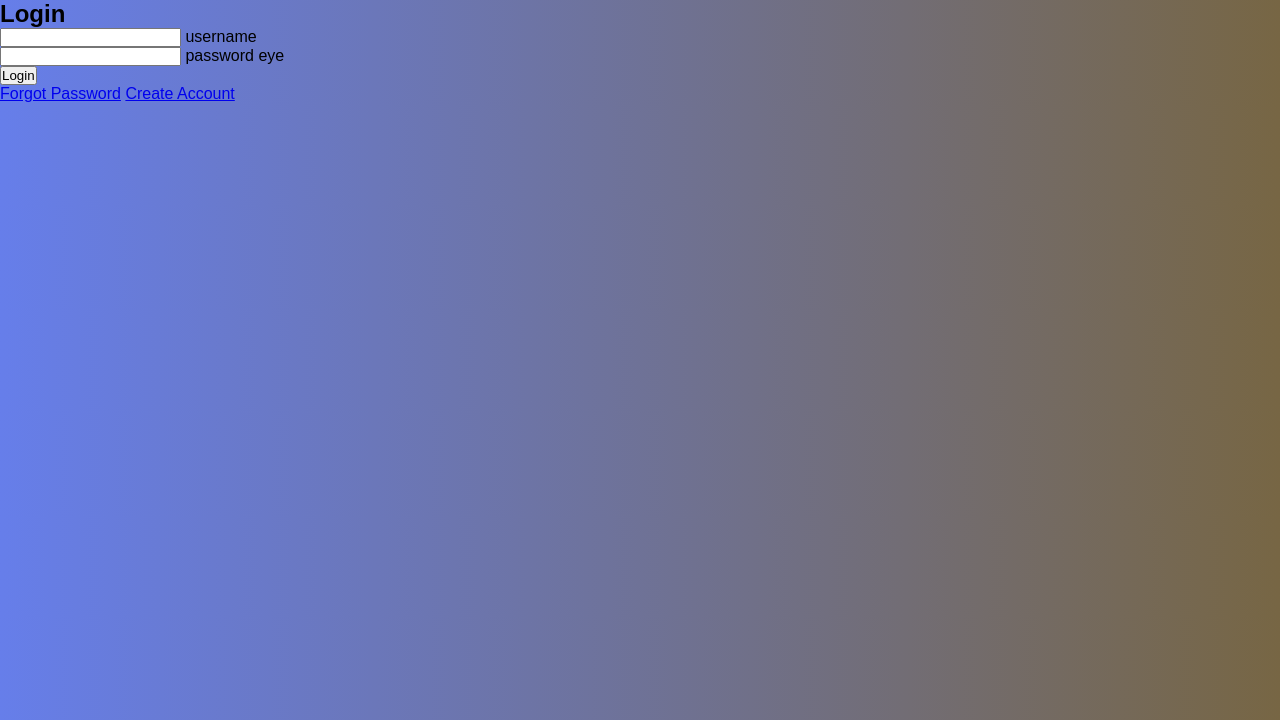
Repository: wingming07/Agro_mart
Page: login/login.html
The author's editor kept a copy of each file at every save. The page is drawn from the files as they stood at one save, then again after the next save.
The browser window is 1280 px wide. The pictures show the whole page.

Above is the page before, as saved 2025-06-10 17:02:16.

### login/login.html
<!DOCTYPE html>
<html lang="en">
<head>
    <meta charset="UTF-8">
    <meta name="viewport" content="width=device-width, initial-scale=1.0">
    <title>AgroMart-login</title>
    <link rel="stylesheet" href="style.css">
</head>
<body>
    <div class="login-container">
        <form class="login-form" onsubmit="return validateLogin()">
            <h2>Login</h2>
                <div class="input-group">
                    <input type="text" id="username" required>
                    <label for="username">username</label>
                </div>
                <div class="input-group">
                    <input type="password" id="password" required>
                    <label for="password">password</label>
                <span class="toggle-password" onclick="togglepassword()">eye</span>
                </div>
                <button type="submit">Login</button>
                <div class+="extra-options">
                    <a href="#">Forgot Password</a>
                        <a href="#">Create Account</a>
                </div>
        </form>
    </div>
    <script src="script.js"></script>
</body>
</html>

### login/style.css
@import url('https://fonts.googleapis.com/css2? family=poppins:wght@400;600&display=swap');
*{
    margin:0;
    padding:0;
    box-sizing: border-box;
    font-family: sans-serif;
}
body{
    background: linear-gradient(to right, #667eea,#764);
}

Loaded but not shown: login/script.js (no copy from this time; the picture is the same without it)

After the next save:
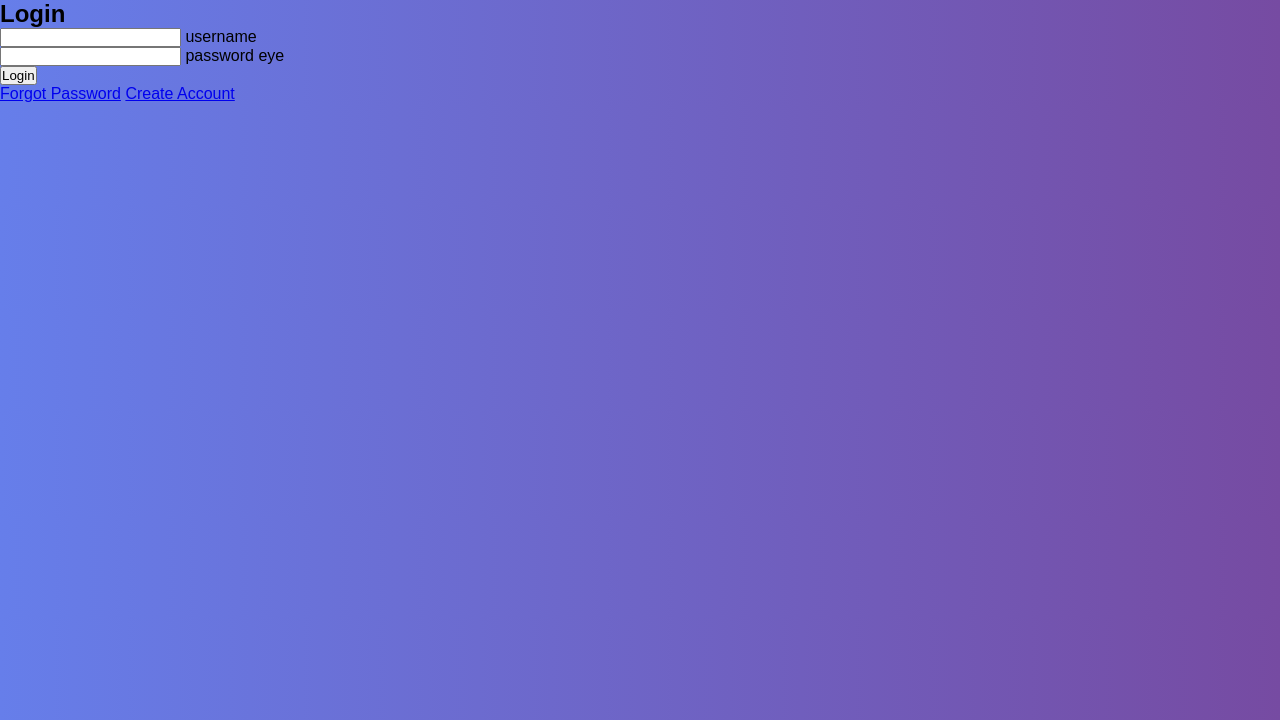
Saved 10 s later.
--- a/login/style.css
+++ b/login/style.css
@@ -6,5 +6,5 @@
     font-family: sans-serif;
 }
 body{
-    background: linear-gradient(to right, #667eea,#764);
+    background: linear-gradient(to right, #667eea,#764ba2);
 }
